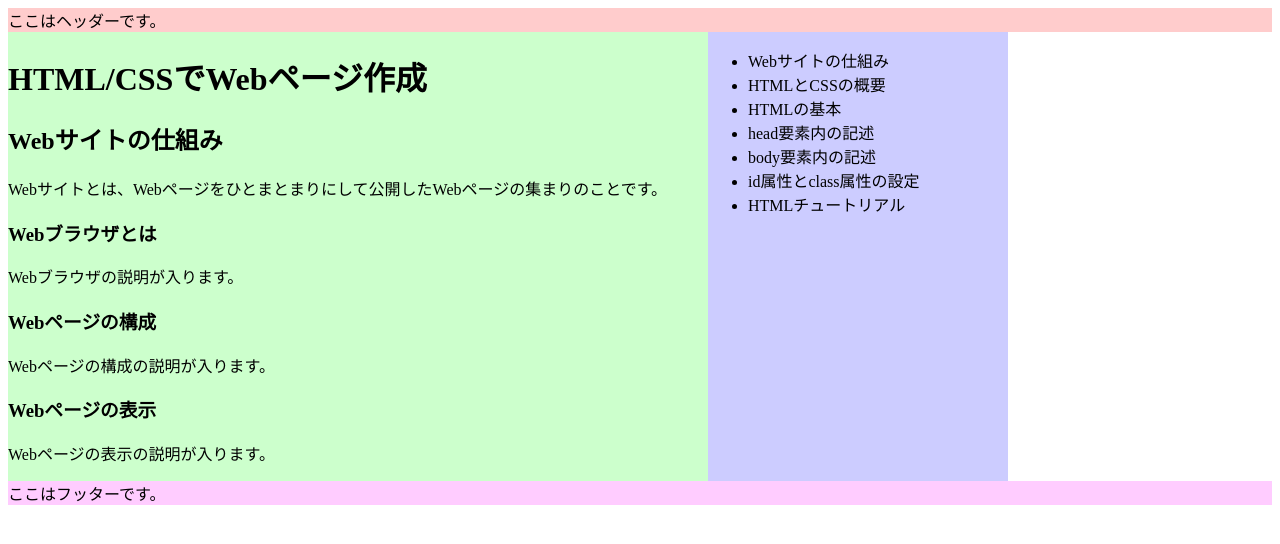
Repository: kaito-genkai/porker
Page: kadai-html.html
The author's editor kept a record of every edit. The page is drawn from the files as they stood at one moment, then again after the next edit.
The browser window is 1280 px wide. The pictures show the whole page.

Above is the page before.

After the next edit:
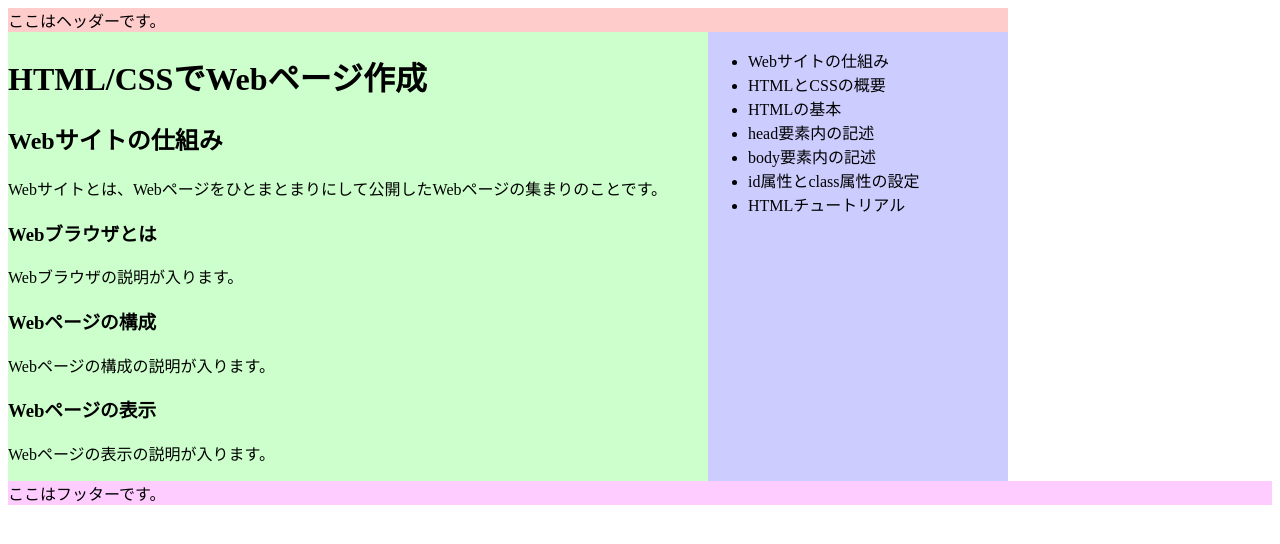
The edit:
--- a/kadai-css.css
+++ b/kadai-css.css
@@ -3,6 +3,7 @@
 header p {
     background-color: #ffcccc;
     margin: 0;
+    width: 1000px;
 }
 
 #wrapper {
